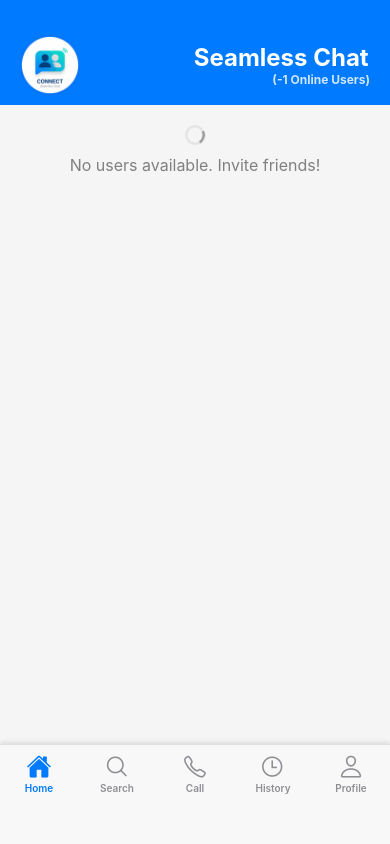
Repository: UdayRaj04/Chatapp_native
Screen: /MainTabs (app in ChatAppFrontend/)
The author's editor kept a copy of each file at every save. The screen is drawn from the files as they stood at one save, then again after the next save.
The app was drawn by React Native's web renderer in a window 390 px wide. The project was rebuilt for these pictures with package versions that can differ from the ones it lists, and the page was loaded fresh each time. Some packages were replaced by stand-ins written for this rebuild. Also part of the build but not shown: ChatAppFrontend/screens/RegisterScreen.tsx, ChatAppFrontend/screens/ChatScreen.tsx, ChatAppFrontend/screens/SearchScreen.tsx, ChatAppFrontend/screens/AnalyticsScreen.tsx, ChatAppFrontend/screens/HistoryScreen.tsx, ChatAppFrontend/screens/ProfileScreen.tsx.

Above is the screen before, as saved 2025-09-09 18:32:37.

### ChatAppFrontend/App.tsx
import 'react-native-get-random-values';  // Polyfill first
import React from 'react';
import { NavigationContainer } from '@react-navigation/native';
import { createStackNavigator } from '@react-navigation/stack';
import { createBottomTabNavigator } from '@react-navigation/bottom-tabs';
import { Ionicons } from '@expo/vector-icons';
import { LogBox, View } from 'react-native';
import { SafeAreaProvider } from 'react-native-safe-area-context';  // New: For dynamic insets

// Suppress warnings
LogBox.ignoreLogs([
  'Text strings must be rendered within a <Text> component',
  'VirtualizedList: You have a large list that is slow to initial render',
  'Require cycle:',
  /Warning: [A-Za-z ]*Text strings[A-Za-z ]*/,
]);

// Your existing screens
import LoginScreen from './screens/LoginScreen';
import RegisterScreen from './screens/RegisterScreen';
import ChatListScreen from './screens/ChatListScreen';
import ChatScreen from './screens/ChatScreen';

// Placeholder screens (ensure they exist)
import SearchScreen from './screens/SearchScreen';
import AnalyticsScreen from './screens/AnalyticsScreen';
import HistoryScreen from './screens/HistoryScreen';
import ProfileScreen from './screens/ProfileScreen';

const Stack = createStackNavigator();
const Tab = createBottomTabNavigator();

// Main Tab Navigator (enhanced with safe area for no overlap)
function MainTabs() {
  return (
    <Tab.Navigator
      screenOptions={({ route }) => ({
        tabBarIcon: ({ focused, color, size }) => {
          let iconName: keyof typeof Ionicons.glyphMap;

          if (route.name === 'Chats') {
            iconName = focused ? 'home' : 'home-outline';
          } else if (route.name === 'Search') {
            iconName = focused ? 'search' : 'search-outline';
          } else if (route.name === 'Call') {
            iconName = focused ? 'call' : 'call-outline';
          } else if (route.name === 'History') {
            iconName = focused ? 'time' : 'time-outline';
          } else {
            iconName = focused ? 'person' : 'person-outline';
          }

          return <Ionicons name={iconName} size={size} color={color} />;
        },
        tabBarActiveTintColor: '#007AFF',
        tabBarInactiveTintColor: '#8e8e93',
        tabBarStyle: {
          backgroundColor: '#f8f8f8',
          borderTopWidth: 0.5,
          borderTopColor: '#e0e0e0',
          elevation: 8,
          shadowColor: '#000',
          shadowOffset: { width: 0, height: -2 },
          shadowOpacity: 0.1,
          shadowRadius: 4,
          height: 100,  // Increased: Taller tab bar (60 was too tight; 70 + labels)
          paddingBottom: 50,  // Reduced top padding for balance
          paddingTop: 5,
          position: 'absolute',  // Explicit: Ensures absolute positioning
          bottom: 0,  // Pin to bottom
          left: 0,
          right: 0,
          marginBottom: 0,  // No extra margin
        },
        tabBarLabelStyle: {
          fontSize: 10,
          fontWeight: '600',
          marginBottom: 0,  // Tight labels
        },
        headerShown: false,
        lazy: true,
        // New: Apply safe area padding to tab screens (prevents overlap)
        cardStyle: { paddingBottom: 0 },  // No extra card padding
      })}
    >
      <Tab.Screen name="Chats" component={ChatListScreen} options={{ title: 'Home' }} />
      <Tab.Screen name="Search" component={SearchScreen} options={{ title: 'Search' }} />
      <Tab.Screen name="Call" component={AnalyticsScreen} options={{ title: 'Call' }} />
      <Tab.Screen name="History" component={HistoryScreen} options={{ title: 'History' }} />
      <Tab.Screen name="Profile" component={ProfileScreen} options={{ title: 'Profile' }} />
    </Tab.Navigator>
  );
}

// Main App - Wrapped in SafeAreaProvider
export default function App() {
  return (
    <SafeAreaProvider>  {/* New: Enables useSafeAreaInsets() */}
      <View style={{ flex: 1 }}>
        <NavigationContainer>
          <Stack.Navigator
            initialRouteName="Login"
            screenOptions={{
              headerShown: false,
              cardStyle: { backgroundColor: '#f5f5f5' },
            }}
          >
            <Stack.Screen name="Login" component={LoginScreen} />
            <Stack.Screen name="Register" component={RegisterScreen} />
            <Stack.Screen name="MainTabs" component={MainTabs} />
            <Stack.Screen
              name="Chat"
              component={ChatScreen}
              options={{
                headerShown: false,
                headerTitle: 'Chat',
                headerStyle: { backgroundColor: '#007AFF' },
                headerTintColor: '#fff',
                presentation: 'modal',
                // Hide tabs in chat to avoid overlap
                tabBarStyle: { display: 'none' },
              }}
            />
          </Stack.Navigator>
        </NavigationContainer>
      </View>
    </SafeAreaProvider>
  );
}

### ChatAppFrontend/screens/LoginScreen.tsx
import React, { useState } from 'react';
import {
  View,
  TextInput,
  TouchableOpacity,
  Text,
  StyleSheet,
  Alert,
  ActivityIndicator,
  KeyboardAvoidingView,
  Platform,
  Image,  // New: For logo
} from 'react-native';
import { Ionicons } from '@expo/vector-icons';  // For input icons
import { useSafeAreaInsets } from 'react-native-safe-area-context';  // For insets (provider in App.tsx)
import { useNavigation } from '@react-navigation/native';  // For navigation
import AsyncStorage from '@react-native-async-storage/async-storage';
import axios, { AxiosError } from 'axios';

const API_BASE = 'http://192.168.29.93:5000/api';

interface LoginResponse {
  token: string;
  user: {
    id?: string;
    _id?: string;
    username: string;
    email: string;
  };
}

export default function LoginScreen() {
  const [email, setEmail] = useState<string>('');
  const [password, setPassword] = useState<string>('');
  const [loading, setLoading] = useState<boolean>(false);
  const [emailError, setEmailError] = useState<string>('');
  const [passwordError, setPasswordError] = useState<string>('');
  const navigation = useNavigation<any>();
  const insets = useSafeAreaInsets();  // Use insets from root provider

  const validateEmail = (email: string): boolean => {
    const emailRegex = /^[^\s@]+@[^\s@]+\.[^\s@]+$/;
    if (!email) {
      setEmailError('Email is required');
      return false;
    }
    if (!emailRegex.test(email)) {
      setEmailError('Invalid email format');
      return false;
    }
    setEmailError('');
    return true;
  };

  const validatePassword = (password: string): boolean => {
    if (!password) {
      setPasswordError('Password is required');
      return false;
    }
    if (password.length < 6) {
      setPasswordError('Password must be at least 6 characters');
      return false;
    }
    setPasswordError('');
    return true;
  };

  const handleLogin = async (): Promise<void> => {
    if (!validateEmail(email) || !validatePassword(password)) return;

    setLoading(true);
    try {
      const response = await axios.post<LoginResponse>(`${API_BASE}/auth/login`, {
        email,
        password,
      });
      await AsyncStorage.setItem('token', response.data.token);
      await AsyncStorage.setItem('user', JSON.stringify(response.data.user));
      navigation.replace('MainTabs');  // Navigate to tabs on success
    } catch (err) {
      const error = err as AxiosError;
      Alert.alert('Login Failed', error.response?.data?.error || 'Invalid credentials');
    } finally {
      setLoading(false);
    }
  };

  return (
    <KeyboardAvoidingView
      style={[styles.container, { paddingTop: insets.top }]}
      behavior={Platform.OS === 'ios' ? 'padding' : 'height'}
      enabled={true}
    >
      {/* Title with Logo */}
      <View style={styles.titleContainer}>
        {/* New: Bigger Logo */}
        <Image
          source={require('../assets/logos.png')}  // Adjust path if needed (e.g., '../../assets/logo.png')
          style={styles.logo}
          resizeMode="contain"
        />
        <Text style={styles.title}>Seamless Chat</Text>
        <Text style={styles.subtitle}>Welcome back! Sign in to continue</Text>
      </View>

      {/* Form */}
      <View style={styles.formContainer}>
        {/* Email Input */}
        <View style={styles.inputContainer}>
          <Ionicons name="mail" size={24} color="#999" style={styles.inputIcon} />
          <TextInput
            style={[styles.input, emailError ? styles.inputError : null]}
            value={email}
            onChangeText={(text) => {
              setEmail(text);
              if (emailError) validateEmail(text);
            }}
            placeholder="Email"
            keyboardType="email-address"
            autoCapitalize="none"
            onBlur={() => validateEmail(email)}
          />
        </View>
        {emailError ? <Text style={styles.errorText}>{emailError}</Text> : null}

        {/* Password Input */}
        <View style={styles.inputContainer}>
          <Ionicons name="lock-closed" size={24} color="#999" style={styles.inputIcon} />
          <TextInput
            style={[styles.input, passwordError ? styles.inputError : null]}
            value={password}
            onChangeText={(text) => {
              setPassword(text);
              if (passwordError) validatePassword(text);
            }}
            placeholder="Password"
            secureTextEntry={true}
            onBlur={() => validatePassword(password)}
          />
        </View>
        {passwordError ? <Text style={styles.errorText}>{passwordError}</Text> : null}

        {/* Login Button */}
        <TouchableOpacity
          style={[styles.button, loading ? styles.buttonDisabled : null]}
          onPress={handleLogin}
          disabled={loading}
          activeOpacity={0.7}
        >
          {loading ? (
            <ActivityIndicator size="small" color="#fff" />
          ) : (
            <Text style={styles.buttonText}>Login</Text>
          )}
        </TouchableOpacity>

        {/* Register Link */}
        <TouchableOpacity
          style={styles.linkContainer}
          onPress={() => navigation.navigate('Register')}
        >
          <Text style={styles.linkText}>Don't have an account? Register</Text>
        </TouchableOpacity>
      </View>
    </KeyboardAvoidingView>
  );
}

const styles = StyleSheet.create({
  container: {
    flex: 1,
    backgroundColor: '#f5f5f5',
    justifyContent: 'center',
    alignItems: 'center',
  },
  titleContainer: {
    alignItems: 'center',
    marginBottom: 50,  // Increased: More space after logo/title to form
  },
  // New: Logo Style (Bigger, Centered)
  logo: {
    width: 120,  // Bigger size - adjust as needed (e.g., 100 for smaller)
    height: 120,
    marginBottom: 20,  // Space between logo and title
    alignSelf: 'center',
  },
  title: {
    fontSize: 32,
    fontWeight: 'bold',
    color: '#333',
    marginBottom: 5,
  },
  subtitle: {
    fontSize: 16,
    color: '#666',
    textAlign: 'center',
  },
  formContainer: {
    width: '85%',  // Responsive width
    alignItems: 'center',
  },
  inputContainer: {
    flexDirection: 'row',
    alignItems: 'center',
    backgroundColor: '#fff',
    borderRadius: 10,
    marginBottom: 15,
    paddingHorizontal: 15,
    elevation: 2,
    shadowColor: '#000',
    shadowOffset: { width: 0, height: 1 },
    shadowOpacity: 0.1,
    shadowRadius: 2,
    width: '100%',
  },
  inputIcon: {
    marginRight: 10,
  },
  input: {
    flex: 1,
    paddingVertical: 12,
    fontSize: 16,
    color: '#333',
  },
  inputError: {
    borderWidth: 1,
    borderColor: '#ff6b6b',
  },
  errorText: {
    color: '#ff6b6b',
    fontSize: 12,
    marginBottom: 10,
    alignSelf: 'flex-start',
  },
  button: {
    backgroundColor: '#007AFF',
    borderRadius: 10,
    paddingVertical: 15,
    width: '100%',
    alignItems: 'center',
    marginTop: 10,
    elevation: 2,
    shadowColor: '#007AFF',
    shadowOffset: { width: 0, height: 2 },
    shadowOpacity: 0.2,
    shadowRadius: 4,
  },
  buttonDisabled: {
    backgroundColor: '#ccc',
  },
  buttonText: {
    color: '#fff',
    fontSize: 18,
    fontWeight: 'bold',
  },
  linkContainer: {
    marginTop: 20,
    alignItems: 'center',
  },
  linkText: {
    color: '#007AFF',
    fontSize: 16,
    textDecorationLine: 'underline',
  },
});

### ChatAppFrontend/screens/ChatListScreen.tsx
import React, { useState, useEffect } from 'react';
import {
  View,
  FlatList,
  Text,
  TouchableOpacity,
  StyleSheet,
  Alert,
  ActivityIndicator,
  Image,
} from 'react-native';
import { Ionicons } from '@expo/vector-icons';  // New: For user icons (person-circle)
import { useSafeAreaInsets } from 'react-native-safe-area-context';  // From previous (for padding)
import AsyncStorage from '@react-native-async-storage/async-storage';
import axios, { AxiosError } from 'axios';
import io, { Socket } from 'socket.io-client';

const API_BASE = 'http://192.168.29.93:5000/api';

interface User {
  _id: string;
  id?: string;
  username: string;
  email: string;
}

export default function ChatListScreen({ navigation }: { navigation: any }) {
  const [users, setUsers] = useState<User[]>([]);
  const [loading, setLoading] = useState<boolean>(true);
  const [currentUser, setCurrentUser] = useState<User | null>(null);
  const [socket, setSocket] = useState<Socket | null>(null);
  const [onlineUsers, setOnlineUsers] = useState<Set<string>>(new Set());

  // Safe area for dynamic padding (from previous)
  const insets = useSafeAreaInsets();
  const bottomPadding = Math.max(120, insets.bottom + 70);

  useEffect(() => {
    loadUser();
    fetchUsers();

    const initSocket = async () => {
      const token = await AsyncStorage.getItem('token');
      if (token) {
        const newSocket = io(API_BASE.replace('/api', ''), {
          auth: { token },
        });
        setSocket(newSocket);
        newSocket.on('connect_error', () => Alert.alert('Socket Error', 'Connection failed'));

        newSocket.on('userOnline', (data) => {
          console.log('User online:', data.userId);
          setOnlineUsers((prev) => new Set([...prev, data.userId]));
        });

        newSocket.on('userOffline', (data) => {
          console.log('User offline:', data.userId);
          setOnlineUsers((prev) => {
            const newSet = new Set(prev);
            newSet.delete(data.userId);
            return newSet;
          });
        });

        newSocket.on('onlineUsersList', (data) => {
          console.log('Initial online users:', data.onlineUsers);
          setOnlineUsers(new Set(data.onlineUsers));
        });

        newSocket.on('connect', () => {
          console.log('Socket connected - requesting online users');
          newSocket.emit('getOnlineUsers');
        });
      }
    };
    initSocket();

    return () => {
      socket?.disconnect();
    };
  }, []);

  const loadUser = async (): Promise<void> => {
    const userStr = await AsyncStorage.getItem('user');
    if (userStr) {
      setCurrentUser(JSON.parse(userStr));
    }
    setLoading(false);
  };

  const fetchUsers = async (): Promise<void> => {
    const token = await AsyncStorage.getItem('token');
    if (!token) return;
    try {
      const response = await axios.get<User[]>(`${API_BASE}/users`, {
        headers: { Authorization: `Bearer ${token}` },
      });
      const validUsers = response.data.filter(u =>
        u && u.username && (u._id || u.id) && typeof u.username === 'string'
      );
      setUsers(validUsers);
    } catch (err) {
      const error = err as AxiosError;
      Alert.alert('Error', error.response?.data?.error || 'Failed to load users');
    }
  };

  const startChat = (otherUser: User): void => {
    const userId = otherUser.id || otherUser._id;
    console.log('Starting chat with userId:', userId);
    if (!userId) {
      Alert.alert('Error', 'Invalid user data');
      return;
    }
    navigation.navigate('Chat', {
      otherUserId: userId,
      otherUserName: otherUser.username,
    });
  };


  // New: Handle footer link click (open website)
      const openWebsite = async (): Promise<void> => {
        try {
          const supported = await Linking.canOpenURL(WEBSITE_URL);
          if (supported) {
            await Linking.openURL(WEBSITE_URL);
            console.log('Opened website:', WEBSITE_URL);
          } else {
            Alert.alert('Error', `Cannot open ${WEBSITE_URL}`);
          }
        } catch (err) {
          console.error('Website open error:', err);
          Alert.alert('Error', 'Unable to open website. Check your connection.');
        }
      };

  const renderUser = ({ item }: { item: User }): JSX.Element => {
    if (!item || !item.username || !(item._id || item.id)) {
      return (
        <View style={styles.userItem}>
          <View style={styles.userContent}>
            <Text style={styles.username}>Invalid user entry</Text>
          </View>
        </View>
      );
    }
    const userId = item.id || item._id;
    const isOnline = onlineUsers.has(userId);
    const userIdShort = userId.substring(0, 8) + '...';
    return (
      <TouchableOpacity onPress={() => startChat(item)} style={styles.userItem} activeOpacity={0.7}>
        <View style={styles.userContent}>
          {/* New: User icon on left */}
          <View style={styles.iconContainer}>
            <Ionicons
              name="person-circle"
              size={50}
              color={isOnline ? '#007AFF' : '#ccc'}  // Green for online, gray for offline
            />
            {/* Optional: Small online dot (green circle below icon) */}
            {isOnline && (
              <View style={styles.onlineDot} />
            )}
          </View>
          {/* Text content on right */}
          <View style={styles.textContent}>
            <Text style={styles.username}>{item.username}</Text>
            {isOnline && <Text style={styles.onlineBadge}>Online</Text>}
            <Text style={styles.idText}>{"(ID: " + userIdShort + ")"}</Text>
          </View>
        </View>
      </TouchableOpacity>
    );
  };

  const renderEmpty = (): JSX.Element => (
    <View style={[styles.emptyContainer, { paddingBottom: bottomPadding }]}>
      <ActivityIndicator size="small" color="#999" />
      <Text style={styles.emptyText}>No users available. Invite friends!</Text>
    </View>
  );

  if (loading) {
    return (
      <View style={styles.loadingContainer}>
        <ActivityIndicator size="large" color="#0000ff" />
        <Text style={styles.loadingText}>Loading chats...</Text>
      </View>
    );
  }

  return (
    <View style={styles.container}>
      <View style={{
       paddingLeft: 20,paddingRight:20, paddingBottom:10, paddingTop:35,
  flexDirection: 'row',       // 👈 Arrange items in a row
  alignItems: 'center',       // 👈 Vertically center icon & text
  backgroundColor: '#007AFF',
  justifyContent:"space-between",
}}>
  <Image
    source={require('../assets/logos.png')}
    style={{ height: 60, width: 60, marginRight: 10 }}  // 👈 space between logo & text
  />
  <View style={{ flexDirection: 'column', alignItems: 'center' }}>
  <Text style={styles.title}>
    Seamless Chat
  </Text>
  <Text style={styles.title1}>
    ({onlineUsers.size -1} Online Users)
  </Text>
  </View>
</View>
      <FlatList
        data={users}
        keyExtractor={(item, index) => (item._id || item.id || index.toString())}
        renderItem={renderUser}
        ListEmptyComponent={renderEmpty}
        contentContainerStyle={[styles.listContent, { paddingBottom: bottomPadding }]}
        style={{ flex: 1 }}
        keyboardShouldPersistTaps="handled"
        bounces={true}
        showsVerticalScrollIndicator={true}
        initialNumToRender={10}
        maxToRenderPerBatch={5}
        windowSize={10}
        removeClippedSubviews={true}
        extraData={users}
        getItemLayout={(data, index) => ({ length: 70, offset: 70 * index, index })}
      />
      {/* New: Footer Link at Bottom */}
                  <View style={styles.footer}>
                    <TouchableOpacity onPress={openWebsite} activeOpacity={0.7}>
                      <Text style={styles.footerText}>(Designed by UdayRaj)</Text>
                    </TouchableOpacity>
                  </View>
    </View>
  );
}

const styles = StyleSheet.create({
  container: {
    flex: 1,
    backgroundColor: '#f5f5f5',
  },
  title: {
    fontSize: 24,
    fontWeight: 'bold',
    padding: 0,
    color: '#ffffffff',
    textAlign: 'center',



  },
  title1: {
    marginLeft:80,
    fontSize: 12,
    fontWeight: 'bold',
    padding: 0,
    color: '#ffffffce',
    textAlign: 'center',

  },
  loadingContainer: {
    flex: 1,
    justifyContent: 'center',
    alignItems: 'center',
  },
  loadingText: {
    marginTop: 10,
    fontSize: 16,
    color: '#666',
  },
  listContent: {
    paddingHorizontal: 10,
  },
  userItem: {
    backgroundColor: '#fff',
    marginVertical: 5,
    marginHorizontal: 10,
    borderRadius: 10,
    padding: 15,
    elevation: 2,
    shadowColor: '#000',
    shadowOffset: { width: 0, height: 1 },
    shadowOpacity: 0.2,
    shadowRadius: 1.41,
    // New: Taller for icon row
    minHeight: 70,
  },
  userContent: {
    flex: 1,
    flexDirection: 'row',  // New: Row for icon + text
    alignItems: 'center',  // New: Vertical center
  },
  // New: Icon container (left side)
  iconContainer: {
    marginRight: 15,  // Space between icon and text
    position: 'relative',  // For online dot positioning
  },
  // New: Text content wrapper (right side)
  textContent: {
    flex: 1,  // Take remaining space
    flexDirection: 'column',  // Stack username, badge, ID
    justifyContent: 'flex-start',
  },
  username: {
    fontSize: 18,
    fontWeight: 'bold',
    marginBottom: 2,  // Small space before badge/ID
  },
  onlineBadge: {
    fontSize: 12,
    color: '#007AFF',
    fontWeight: 'bold',
    marginBottom: 2,
  },
  idText: {
    fontSize: 12,
    color: 'gray',
  },
  // New: Online status dot (small green circle under icon)
  onlineDot: {
    position: 'absolute',
    bottom: 0,
    right: 0,
    width: 12,
    height: 12,
    borderRadius: 6,
    backgroundColor: '#007AFF',
    borderWidth: 2,
    borderColor: '#fff',  // White border for visibility
  },
  emptyContainer: {
    justifyContent: 'center',
    alignItems: 'center',
    padding: 20,
  },
  emptyText: {
    fontSize: 16,
    color: 'gray',
    textAlign: 'center',
    marginTop: 10,
  },


  // New: Footer Styles (Bottom Link)
  footer: {
    alignItems: 'center',
    paddingTop: 10,
    paddingBottom: 10,  // Extra space above (will add insets.bottom dynamically)
    backgroundColor: '#f5f5f5',  // Matches container
    marginBottom:60,
  },
  footerText: {
    fontSize: 12,
    color: '#1f6affff',
    fontStyle: 'italic',
    textAlign: 'center',
    textDecorationLine: 'underline',  // Underline for link feel
  },
});

Loaded but not shown: ChatAppFrontend/index.ts (common file)

After the next save:
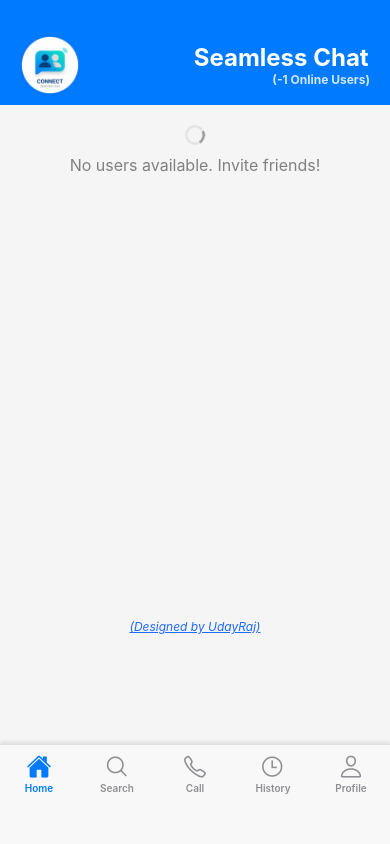
Saved 22 s later.
--- a/ChatAppFrontend/screens/ChatListScreen.tsx
+++ b/ChatAppFrontend/screens/ChatListScreen.tsx
@@ -352,7 +352,7 @@ const styles = StyleSheet.create({
     paddingTop: 10,
     paddingBottom: 10,  // Extra space above (will add insets.bottom dynamically)
     backgroundColor: '#f5f5f5',  // Matches container
-    marginBottom:60,
+    marginBottom:200,
   },
   footerText: {
     fontSize: 12,
